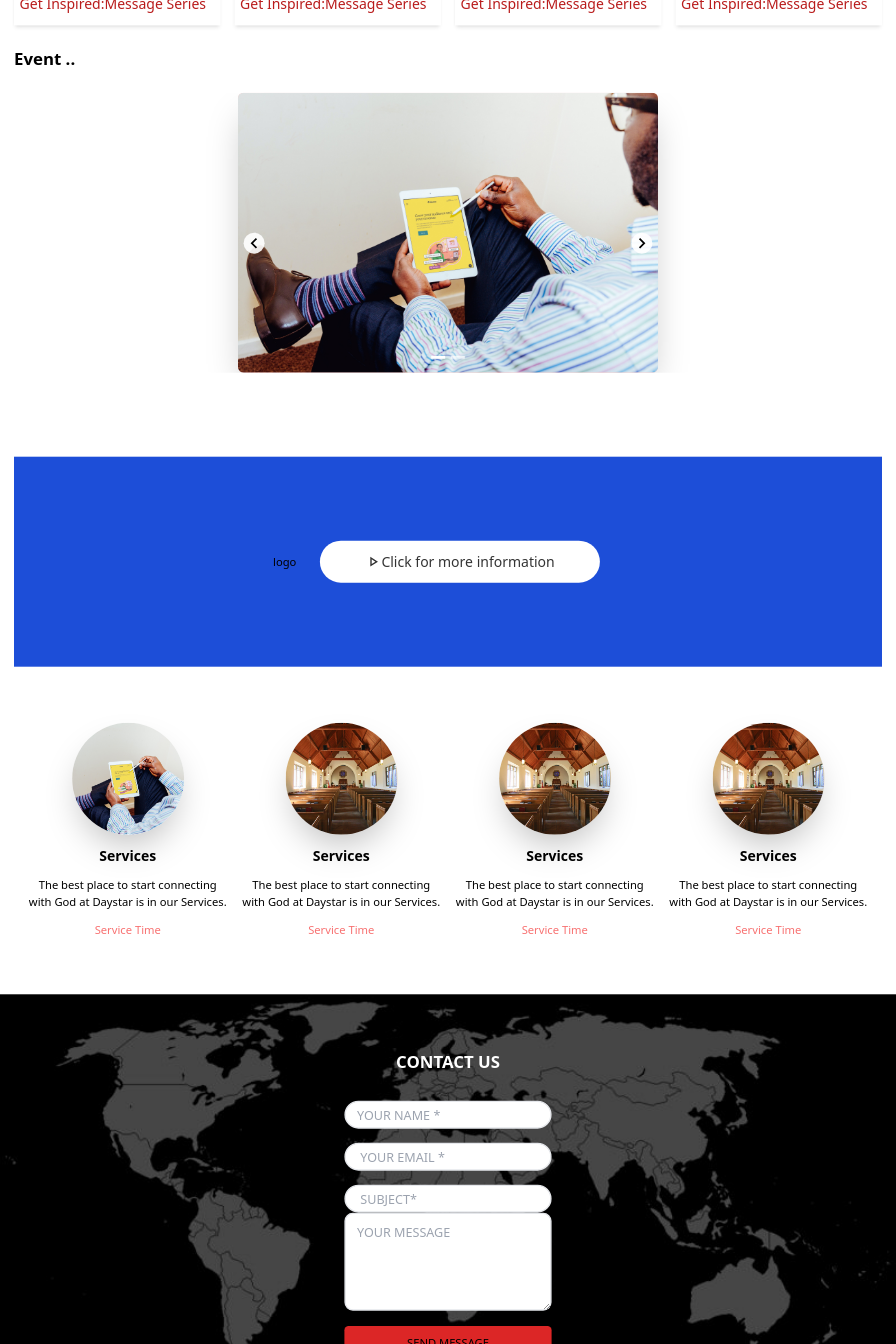
Repository: hisreal123/godschamber
Page: /
These files come from the project's save history. The page is drawn as it stood at one moment and after the next save; the edit follows.
The browser window is 1280 px wide. The pictures show the part of the page from y = 1579 to 3499 px (the page is 3499 px tall), at 70% of full size.
The project was rebuilt for these pictures with package versions that can differ from the ones it lists, and the page was loaded fresh each time. The framework's server and built-in components were replaced by stand-ins that run in the browser. Also part of the build but not shown: next.config.js.

Above is the page before, as saved 2023-03-31 17:47:18.

### src/app/layout.tsx
import './globals.css'


export const metadata = {
  title: 'Welcome to Godschambers e-church ',
  description: 'Get closer to Your father ',
}

export default function RootLayout({
  children,
}: {
  children: React.ReactNode
}) {
  return (
    <html lang="en">
      <body>
        {children}
      </body>
    </html>
  )
}

### src/app/page.tsx
"use client"
import React, { lazy, useState } from 'react'
import { Inter } from 'next/font/google'


// context
import { SideBarContext } from './components/context/SidebarContext'


// Font
const inter = Inter({ subsets: ['latin'] })

// LazyLoading
const Header = lazy(() => import('./components/Header'))
const Sidebar = lazy(() => import('./components/Sidebar'))
const Banner = lazy(() => import('./components/Banner'))
const Quote = lazy(() => import('./components/Quote'))
const HopeCards = lazy(() => import('./components/HopeCards'))
const Events = lazy(() => import('./components/Events'))
const More = lazy(() => import('./components/More'))
const ContactUs = lazy(() => import('./components/ContactUs'))


// Export....
export default function Home() {

  const [Open, setOpen] = useState(false)

  return (
    <main className="w-screen overflow-hidden relative">
      <SideBarContext.Provider value={{ Open, setOpen }}>
        <Header />
        <Sidebar />
      </SideBarContext.Provider>
      <Banner />
      <Quote />
      <HopeCards />
      <Events />
      <More />
      <ContactUs />
    </main>
  )
}

### src/app/globals.css
@tailwind base;
@tailwind components;
@tailwind utilities;


/* slider Components*/

### src/app/components/context/SidebarContext.tsx
import { createContext } from "react";


 type SideBarProps  = {
    Open: boolean
    setOpen :  any
}

export const SideBarContext = createContext( {} as  SideBarProps)

### src/app/components/Header.tsx
import { SideBarNav } from './SideBarNav';
import React, { useState, useEffect, useContext } from 'react'
import { SideBarContext } from './context/SidebarContext'
import { menuIcon } from './SvgIcons/SvgIcons'
import { motion } from 'framer-motion'

export default function Header() {

  const [scrollY, setScrollY] = useState(0)
  const { Open, setOpen } = useContext(SideBarContext)
  const toggleSideBar = () => setOpen(!Open)


  useEffect(() => {
    const handleScroll = () => {
      setScrollY(window.scrollY);
    }

    window.addEventListener("scroll", handleScroll);

    return () => {
      window.removeEventListener("scroll", handleScroll);
    };
  }, [])

  const backgroundColor = scrollY > 100 ? 'bg-indigo-500' : 'transparent';

  return (
    <div
      className={` ${backgroundColor} transition h-20 transparent fixed w-screen drop-shadow-lg z-20`}>
      <div className="container px-10 md:px-0 h-full mx-auto flex justify-between items-center">

        {/* logo here*/}
        <a className="" href="#">logo</a>

        {/* menu Links */}
        <SideBarNav toggleSideBar={toggleSideBar} style='hidden px-10 py-16 bg-gray-800 z-10
            md:relative md:flex md:p-0 md:bg-transparent md:flex-row md:space-x-6' liStyle='md:text-xs' />

        <div className="flex items-center md:hidden">
          <button className="text-white text-4xl font-bold opacity-70 hover:opacity-100 duration-300"
            onClick={toggleSideBar}>
            {menuIcon}
          </button>
        </div>
      </div>
    </div>
  )
}

### src/app/components/Sidebar.tsx
import React, { useMemo, useContext, lazy } from 'react'
import { SideBarContext } from './context/SidebarContext'
import { SideBarNav } from './SideBarNav'
// import { motion } from 'framer-motion'

export default function Sidebar() {

  const { Open, setOpen } = useContext(SideBarContext)
  const toggleSideBar = () => setOpen(!Open)

  return (
    <div
      className="wrapper md:hidden transition ">
      <div

        className={Open ? " transition w-1/2 bg-slate-400 fixed top-0 bottom-0 right-0 shadow-lg z-[100]" : 'hidden '}>
        <SideBarNav toggleSideBar={toggleSideBar} style='relative h-screen bg-gradient-to-r from-violet-600 via-violet-600 to-indigo-600 w-full pt-20' liStyle=' inline-block  p-2  mt-1 text-xs w-full font-lighter opacity-2  ' />
      </div>

      {/* overlay */}
      <div className={Open ? " h-screen bg-black bg-opacity-50 z-10 fixed w-screen top-0 " : 'hidden '} onClick={toggleSideBar}></div>
    </div>
  )
}

### src/app/components/Banner.tsx
import { ClickButton } from './ClickButton';
import React from 'react'
import VideoPlayer from './VideoBackground'
import { motion as m } from 'framer-motion'

import { Watch, location } from './SvgIcons/SvgIcons'
import { BannerPlace } from './animation/animations';

export default function Banner() {
  return (
    <>
      <div className="wrapper h-screen">
        <div className="absolute flex items-center h-screen w-screen justify-center">
          <div className="wrap">

            <div className="text text-white text-center ">
              <m.h1
                variants={BannerPlace}
                initial="hide"
                animate="show"
                transition={{ duration: 2.5, type: "spring", stiffness: 100 }}
                className='text-4xl md:text-6xl font-light mb-5 md:mb-6 '>
                A PLACE FOR YOU
              </m.h1>
              <div className="desc mb-8 text-md md:text-2xl"> Join us this weekend </div>
            </div>

            <div className="btn flex flex-col md:flex-row md:items-center  md:space-x-2 md:w-[500px] md:mx-auto ">
              <ClickButton icon={location} title='Find a location' href="/" style=" flex  items-center justify-center space-x-5 rounded-full bg-red-600 hover:bg-red-800 text-white py-2 px-2 text-center md:w-[70%] md:mx-auto md:py-4 md:px-5  md:space-x-0 md:text-sm" />
              <ClickButton icon={Watch} title='Find a location' href="/" style=" flex  items-center justify-center space-x-5 rounded-full bg-red-600 hover:bg-red-800 text-white py-2 px-2 text-center mt-5 md:w-[70%] md:text-xl md:mx-auto md:mt-0 md:mx-auto md:py-4 md:px-5 md:space-x-0 md:text-sm" />
            </div>
          </div>
        </div>
        <VideoPlayer />
      </div>
    </>
  )
}

### src/app/components/Quote.tsx
import React from 'react'
export default function Quote() {
  return (
    <>
      <div className="container mx-auto py-10 text-center  md:py-14 relative -z-50 md:w-3/4">
        <h2 className='mb-5 md:text-3xl font-bold'> WELCOME TO THE CHURCH</h2>

        <div className="welcomeMessage px-5 flex flex-col ">
          <span className='text-4xl font-bold text-gray-500 md:text-6xl self-start '>
            &quot;
          </span>
          <p className='text-xs md:text-lg '>
            God has given us a mandate to raise role models, and He has indeed been faithful, backing our dedication and hard work with a great harvest of transformed lives. It is top priority for us that you partake of wholesome worship, edifying messages to build you up and positive interactions. We invite you to tour our website and get to know us a bit better - our service times, locations and membership. There are also links should you wish to support our ministry by giving. We look forward to having the pleasure of hosting you and your family soon, either in person at one of our campuses or virtually.
            In Christ, <b>Sam & Nike Adeyemi.</b>
          </p>
          <span className='text-4xl font-bold text-gray-500 md:text-6xl self-end '>
            &quot;
          </span>

        </div>

      </div>
    </>
  )
}

### src/app/components/HopeCards.tsx
import React, { lazy } from 'react'


const Cards = lazy(() => import('./CardsComponents'))

export default function HopeCards() {
  return (
    <>
      <div className="wrapper  relative z-0">
        <div className="Container px-5">

          <div className="top text-center">
            <h1 className='text-lg md:text-lg lg:text-xl font-bold mb-3'>HOPE FOR TODAY</h1>
            <p className=' italic font-light text-gray-500'>Inspiring resources to become a better you.</p>
          </div>
          <div className="CardWrapper grid grid-cols-1 gap-5 md:grid-cols-2 lg:grid-cols-4 mt-5">
            <Cards imgSrc="/assets/img1.jpg" text="Get Inspired:Message Series" alt=" Get inspired" mainStyle="flex flex-col bg-white overflow-hidden  w-full shadow-md" topStyle='' btmStyle=' py-4  px-2 ' textStyle='text-md text-red-700 md:text-lg lg:text-xl' />
            <Cards imgSrc="/assets/img2.jpg" text="Get Inspired:Message Series" alt=" Get inspired" mainStyle="flex flex-col bg-white overflow-hidden  w-full shadow-md" topStyle='' btmStyle=' py-4  px-2 ' textStyle='text-md text-red-700 md:text-lg lg:text-xl' />
            <Cards imgSrc="/assets/img3.jpg" text="Get Inspired:Message Series" alt=" Get inspired" mainStyle="flex flex-col bg-white overflow-hidden  w-full shadow-md" topStyle='' btmStyle=' py-4  px-2 ' textStyle='text-md text-red-700 md:text-lg lg:text-xl' />
            <Cards imgSrc="/assets/img4.jpg" text="Get Inspired:Message Series" alt=" Get inspired" mainStyle="flex flex-col bg-white overflow-hidden  w-full shadow-md" topStyle='' btmStyle=' py-4  px-2 ' textStyle='text-md text-red-700 md:text-lg lg:text-xl' />
          </div>
        </div>
      </div>
    </>
  )
}

### src/app/components/Events.tsx
import React from 'react'
import Carousel from './Carousel/Carousel'

export default function Events() {
    return (
        <>
            <section className='Container px-5'>
                <h1 className="my-8 font-bold text-2xl "> Event ..</h1>

                <div className="Carousel-ShowCase">
                    <Carousel />
                </div>
            </section>
        </>
    )
}

### src/app/components/More.tsx
import React from 'react'
import { ClickButton } from './ClickButton'
import { Watch } from './SvgIcons/SvgIcons'
import Image from 'next/legacy/image'

import CardsComponents from './CardsComponents'
import Link from 'next/link'


const MoreSection2Data = [
    {
        imgSrc: '/assets/img1.jpg',
        title: 'Services',
        desc: ' The best place to start connecting with God at Daystar is in our Services.',
        hrefTitle: ' Service Time',
        href: '#',
        alt: 'first '

    },
    {
        imgSrc: '/assets/img4.jpg',
        title: 'Services',
        desc: ' The best place to start connecting with God at Daystar is in our Services.',
        hrefTitle: ' Service Time',
        href: '#',
        alt: 'second '

    },
    {
        imgSrc: '/assets/img4.jpg',
        title: 'Services',
        desc: ' The best place to start connecting with God at Daystar is in our Services.',
        hrefTitle: ' Service Time',
        href: '#',
        alt: 'third '

    },
    {
        imgSrc: '/assets/img4.jpg',
        title: 'Services',
        desc: ' The best place to start connecting with God at Daystar is in our Services.',
        hrefTitle: ' Service Time',
        href: '#',
        alt: 'forth '

    },
]
export default function More() {
    return (
        <>
            <section className='px-5 py-20'>
                {/* More info */}
                <div className='h-[300px] bg-blue-700 flex-col  flex items-center  md:flex-row'>
                    <div className="wrap flex flex-col justify-center  md:w-[500px] md:mx-auto md:flex md:flex-row items-center h-full">
                        <h1 className=' self-end md:self-center '> logo </h1>
                        <ClickButton icon={Watch} title='Click for more information ' href="/" style="flex  items-center justify-center space-x-2 rounded-full bg-white hover:bg-white/90 text-black/80 py-3 px-3 text-center mt-5  md:w-[80%] md:text-xl md:mx-auto md:mt-0 md:mx-auto md:py-4 md:px-5 md:space-x-0 md:text-sm" />
                    </div>
                </div>

                {/* What Gof can do through you   */}
                <div className="mt-20 px-5 grid grid-cols-1 gap-5 md:grid-cols-4" >
                    {
                        MoreSection2Data.map((data, index) => (
                            <>
                                <div className="wrap relative flex flex-col justify-center  " key={index}>
                                    <div className="relative rounded-full overflow-hidden shadow-2xl lg:h-40 lg:w-40 lg:self-center">
                                        <Image
                                            src={data.imgSrc}
                                            alt={data.alt}
                                            height={100}
                                            width={100}
                                            layout="responsive"
                                            objectFit='cover'
                                            objectPosition="center"
                                        />
                                    </div>

                                    <div className="text-center">
                                        <h1 className="my-4 font-bold text-lg md:text-xl">{data.title}</h1>
                                        <p className="my-4">{data.desc}</p>
                                        <Link href={data.href} className="text-red-400 hover:underline hover:font-bold hover:scale-105 hover:text-red-700 ">{data.hrefTitle}</Link>
                                    </div>
                                </div >
                            </>
                        ))
                    }
                </div>
            </section >
        </>
    )
}

### src/app/components/ContactUs.tsx
import React from 'react'

export default function ContactUs() {
    return (
        <>
            <section className=" bg-[url('/assets/map_black.jpeg')] bg-cover bg-no-repeat bg-top px-5 py-10 h-[500px] ">
                <h1 className='text-center my-10 text-white font-bold  text-2xl'>CONTACT US </h1>

                <form action="" className=' flex flex-col md:flex-row'>
                    <div className=' mg:w-[60%] md:m-auto '>
                        <div className=" ">
                            <div className="flex flex-col justify-center space-y-5">
                                <input type="text" placeholder='YOUR NAME *' className='text-sm rounded-3xl px-4 py-1 hover:first-letter:border-red-300 border-2 outline-none md:text-md lg:text-lg' />
                                <input type="email" placeholder=' YOUR EMAIL *' className='text-sm rounded-3xl px-4 py-1 hover:first-letter:border-red-300 border-2 outline-none md:text-md lg:text-lg' />
                                <input type="text" placeholder=' SUBJECT*' className='text-sm rounded-3xl px-4 py-1 hover:first-letter:border-red-300 border-2 outline-none md:text-md lg:text-lg' />
                            </div>
                            <textarea placeholder='YOUR MESSAGE' className='text-sm rounded-xl px-4 py-3 hover:first-letter:border-red-300 border-2 outline-none mt-5 md:mt-0 md:text-md lg:text-lg mx-auto w-full' rows={4} />
                        </div>

                        <button type='submit' className='rounded-md bg-red-600 hover:bg-red/60  px-4 py-3 w-full mt-4 mb-5 '>SEND MESSAGE</button>
                    </div>
                </form>

            </section>
        </>
    )
}

### src/app/components/SideBarNav.tsx
import React from "react";
import {home,
    Contact,
    Watch,
    Care,
    Give,
    Blog} from './SvgIcons/SvgIcons'

type SideBarNavProps = {
    toggleSideBar : () => { }
    style?:  string
    liStyle? : string
}

export function SideBarNav({liStyle, style, toggleSideBar}: SideBarNavProps) {
  return <div className="">
    <ul className={` ${style} `}>

        <li>
            <a className={`${liStyle} flex items-center  text-white opacity-70 hover:opacity-100 duration-300`} href="#">
                <span className="font-light mr-2  ">
                {home}
                </span>
                ABOUT</a>
        </li>
        <li>
            <a className={`${liStyle} flex items-center  text-white opacity-70 hover:opacity-100 duration-300`} href="#">
            <span className="font-light mr-2  ">
                {Contact}
                </span>
                CONNECT</a>
        </li>
        <li>
            <a className={`${liStyle} flex items-center  text-white opacity-70 hover:opacity-100 duration-300`} href="#">
            <span className="font-light mr-2  ">
                {Watch}
                </span>
                WATCH</a>
        </li>

        <li>
            <a className={`${liStyle} flex items-center  text-white opacity-70 hover:opacity-100 duration-300`} href="#">
            <span className="font-light mr-2  ">
                {Care}
                </span>
                CARE</a>
        </li>

        <li>
            <a className={`${liStyle} flex items-center  text-white opacity-70 hover:opacity-100 duration-300`} href="#">
            <span className="font-light mr-2  ">
                {Give}
                </span>
                GIVE</a>
        </li>
        <li>
            <a className={`${liStyle} flex items-center  text-white opacity-70 hover:opacity-100 duration-300`} href="#">
            <span className="font-light mr-2  ">
                {Blog}
                </span>
                BLOG</a>
        </li>

        </ul>
    </div>
}

### src/app/components/ClickButton.tsx
import React from "react";


type clickButton = {
  style: string
  title : string
  href: string
  icon?: string | any}


export function ClickButton({icon, style, title, href}  : clickButton) {
  return <>
    <a href={href} className={`${style}`}>
      {icon  ? (
        <>
          <span>
            {icon}
          </span>
          <p>{title}</p>
        </>
      ) : ( `
        ${title}
      `)}
    </a>
    {/* <a href="" className=""> Watch Online</a> */}
  </>;
}

### src/app/components/VideoBackground.tsx
import { useState } from 'react'

const VideoPlayer = () => {


  return (
    <div className='vBackground'>
      <video
         src="./assets/churchVideo.mp4"
         className="h-screen w-screen object-cover"
         loop
         autoPlay
         muted
      />
    </div>
  )
}

export default VideoPlayer

### src/app/components/animation/animations.ts



export const BannerPlace = {
    hide: {  y: 4 ,opacity: 0,scale: 0},
    show: {
        y: 0,
        opacity: 1,
        scale: 1,
        transition: {
          duration: 0.2,
          staggerChildren: 0.2
        }
      }
}

### src/app/components/CardsComponents.tsx
import Image from 'next/legacy/image'
import Link from 'next/link';
import React from 'react'


const ImageStyle = {
  height: ' 100%',
  width: ' 100%'
};

type CardComponentProps = {
  text: string
  desc?: string
  imgSrc: string
  mainStyle: string
  topStyle?: string
  btmStyle?: string,
  textStyle: string,
  alt?: string
  href?: string
  hrefTitle?: string
  descStyle?: string
  hrefStyle?: string
}
export default function CardsComponents({
  text,
  desc,
  imgSrc,
  alt,
  href,
  hrefTitle,
  mainStyle,
  topStyle,
  btmStyle,
  textStyle,
  descStyle,
  hrefStyle,
}: CardComponentProps) {

  return (
    <>
      <Link href="#" >
        <div className={`${mainStyle} container`}>
          <div className={`${topStyle} top`}>
            <Image
              src={imgSrc}
              alt={alt}
              height={100}
              width={100}
              layout="responsive"
              objectFit='cover'
              objectPosition="center"
            />
          </div>
          <div className={`${btmStyle} btm`} >
            <h3 className={`${textStyle} btm`}>{text}</h3>
            {desc ? (<p className={descStyle}>{desc}</p>) : null}
            {href ? (<a href={href} className={hrefStyle}>{hrefTitle}</a>) : null}
          </div>
        </div>
      </Link>
    </>
  )
}

### src/app/components/Carousel/Carousel.tsx
import React from 'react'
import Image from 'next/legacy/image'
import { left } from '../SvgIcons/SvgIcons'

const imageData = [
    {
        title: ' First',
        imgSrc: '/assets/img1.jpg'
    },
    {
        title: ' Second',
        imgSrc: '/assets/img2.jpg'
    },
]



export default function Carousel() {



    const [current, setCurrent] = React.useState(0)

    const swipleft = () => {
        const isFirst = current === 0;
        const newIndex = isFirst ? imageData.length - 1 : current - 1;
        setCurrent(newIndex)
    }
    const swipRight = () => {
        const isFirst = current === 0;
        const newIndex = isFirst ? imageData.length - 1 : current - 1;
        setCurrent(newIndex)
    }

    // React.useEffect(() => {
    // setInterval(() => {
    /*  const isFirst = current === 0;
     const newIndex = isFirst ? imageData.length - 1 : current - 1;
     setCurrent(newIndex) */
    // }, 3000)
    // }, [current, setCurrent])


    return (
        <>
            <section className=' overflow-hidden mb-10' >
                <div className=" h-[400px] md:w-[600px] mx-auto  imgWrapper  relative min:h-full  md:m-auto rounded-lg  bg-red-200">
                    <div className='relative h-full rounded-lg overflow-hidden shadow-2xl'>
                        <Image
                            key={current}
                            src={imageData[current].imgSrc}
                            alt=" image 1"
                            height={100}
                            width={100}
                            layout="fill"
                            objectFit='cover'
                            objectPosition="center"
                        />

                        <span className='text-xl cursor-pointer absolute z-10 top-1/2 bg-white/90 rounded-full ml-2' onClick={swipleft}>{left}</span>
                        <span className='text-xl cursor-pointer absolute z-10 top-1/2 bg-white/90 rounded-full mr-2 right-0 rotate-180' onClick={swipRight}>{left}</span>

                        {/* navigator */}
                        <div className="navigatio absolute bottom-5 flex justify-center space-x-2 w-full">
                            {imageData.map((img, index) => (
                                <div key={index}
                                    onClick={swipleft}
                                    className={`${index == current ? ' bg-white h-1 w-5 ' : ' bg-white/70 h-1 w-5'} `}></div>
                            ))}
                        </div>
                    </div>

                </div>
            </section>
        </>
    )
}

Loaded but not shown: tailwind.config.js (18 lines, source omitted); src/app/components/SvgIcons/SvgIcons.tsx (22 lines, source omitted)

After the next save:
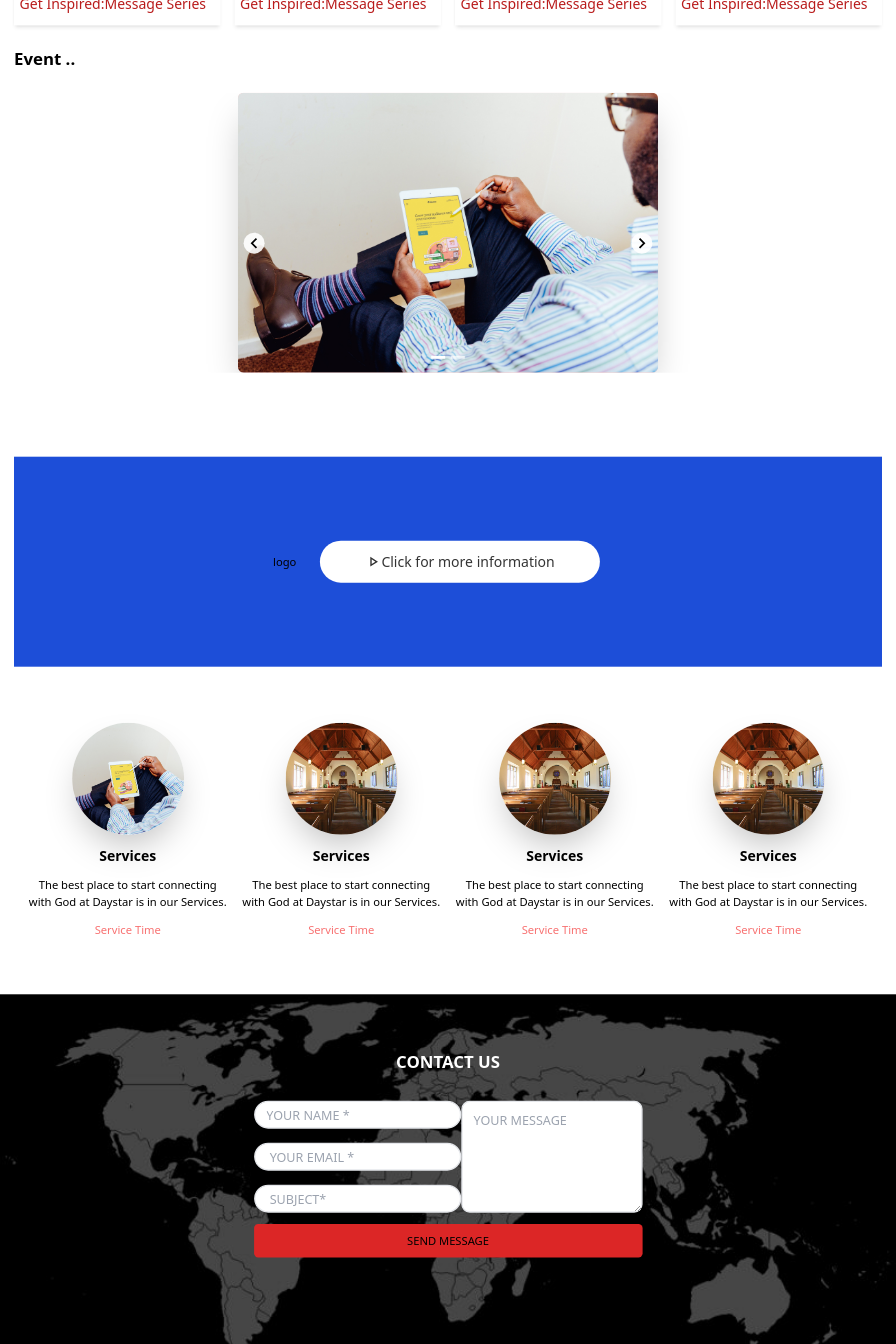
Saved 5 s later.
--- a/src/app/components/ContactUs.tsx
+++ b/src/app/components/ContactUs.tsx
@@ -8,7 +8,7 @@ export default function ContactUs() {
 
                 <form action="" className=' flex flex-col md:flex-row'>
                     <div className=' mg:w-[60%] md:m-auto '>
-                        <div className=" ">
+                        <div className=" md:flex">
                             <div className="flex flex-col justify-center space-y-5">
                                 <input type="text" placeholder='YOUR NAME *' className='text-sm rounded-3xl px-4 py-1 hover:first-letter:border-red-300 border-2 outline-none md:text-md lg:text-lg' />
                                 <input type="email" placeholder=' YOUR EMAIL *' className='text-sm rounded-3xl px-4 py-1 hover:first-letter:border-red-300 border-2 outline-none md:text-md lg:text-lg' />
